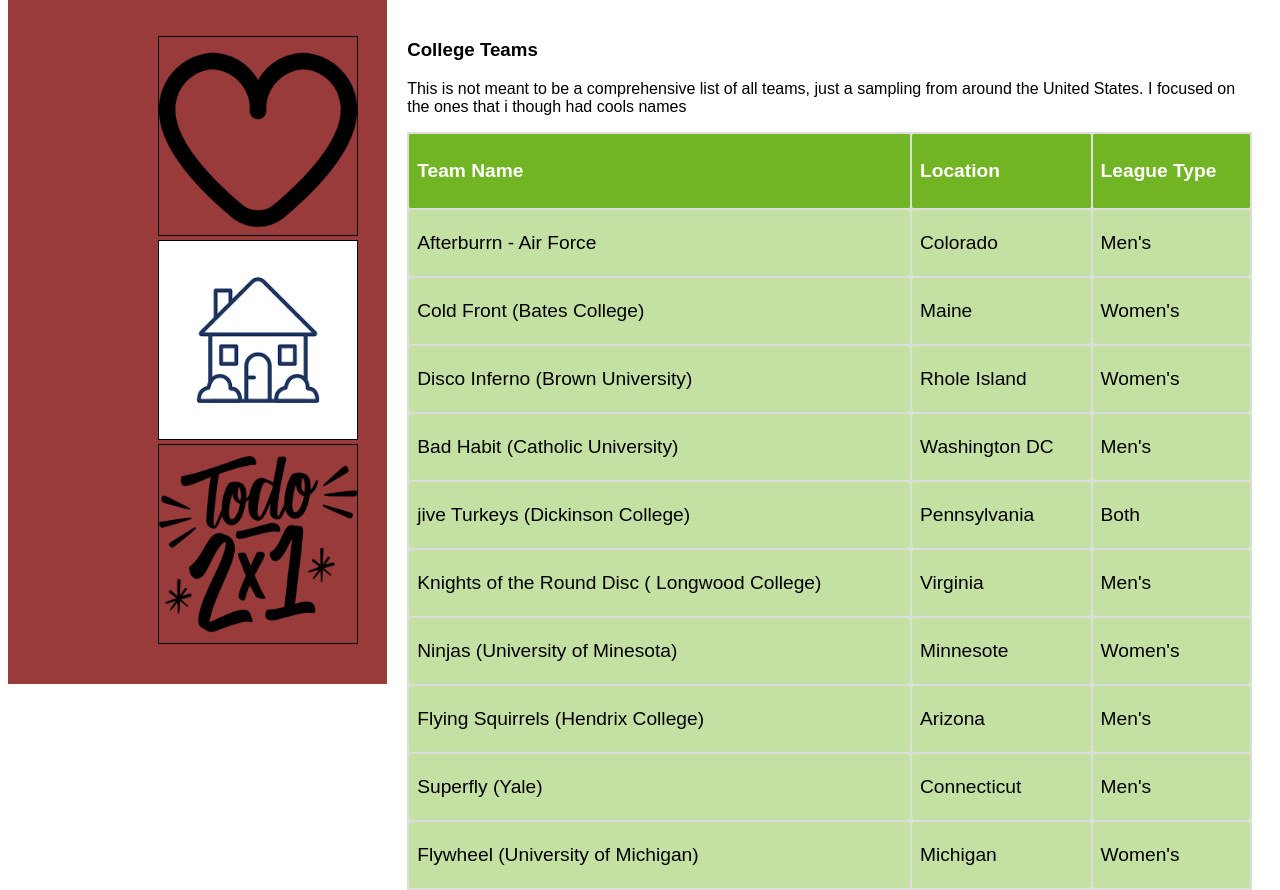
Repository: Tram-anh99/Blockchain_Funix
Page: CSS/Lab6_2.html
The author's editor kept a copy of each file at every save. The page is drawn from the files as they stood at one save, then again after the next save.
The browser window is 1280 px wide. The pictures show the part of the page from y = 342 to 1232 px (the page is 1232 px tall).

Above is the page before, as saved 2023-07-20 00:52:33.

After the next save:
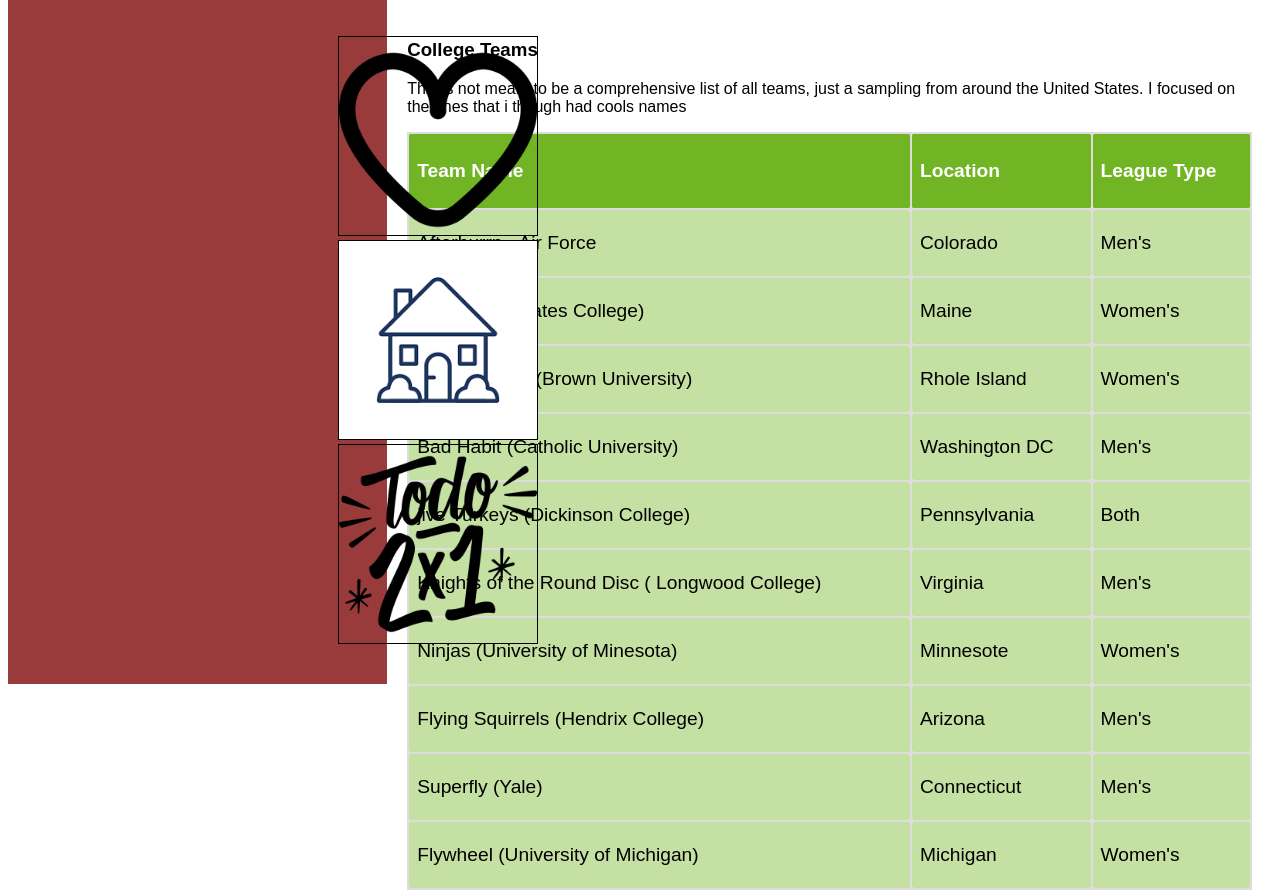
Saved 6 s later.
--- a/CSS/Lab6_2.css
+++ b/CSS/Lab6_2.css
@@ -104,7 +104,7 @@
       background-color: #5daa045d;
 }
 img{
-      margin-left: 20px;
+      margin-left: 200px;
       padding: auto;
       display: inline-block;
       position: relative;
